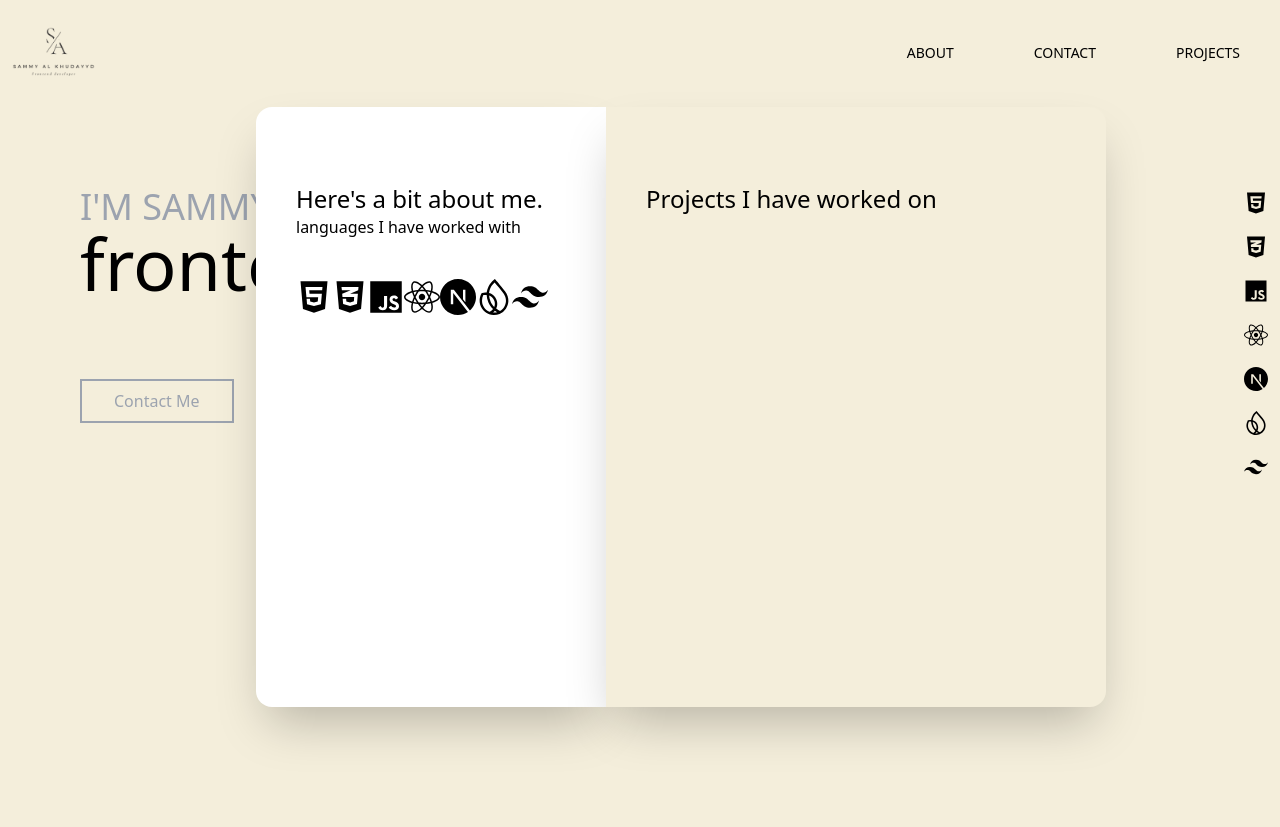
Repository: Al123Kudayyd/myportfolio
Page: /
The author's editor kept a copy of each file at every save. The page is drawn from the files as they stood at one save, then again after the next save.
The browser window is 1280 px wide. The pictures show the whole page.
The project was rebuilt for these pictures with package versions that can differ from the ones it lists, and the page was loaded fresh each time. Also part of the build but not shown: src/components/model.js.

Above is the page before, as saved 2024-02-21 13:59:15.

After the next save:
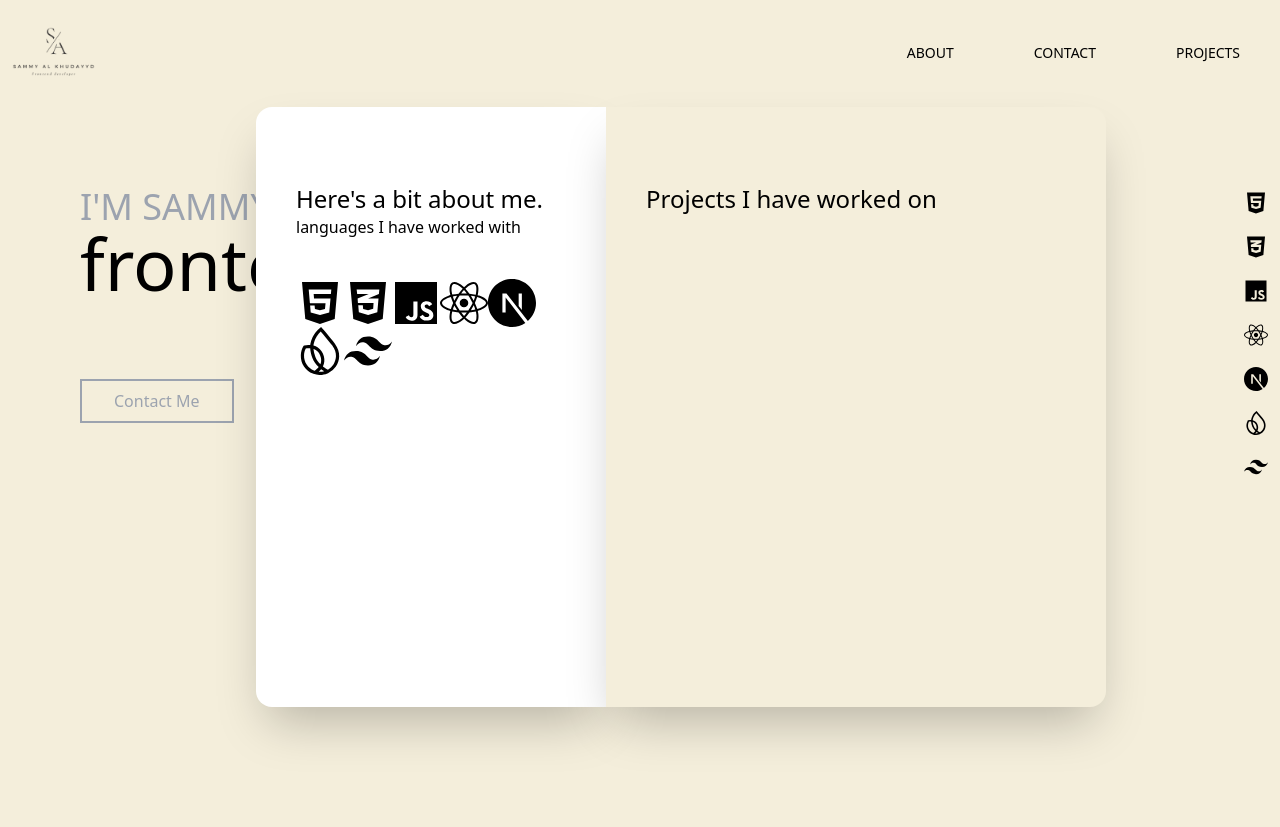
Saved 5 s later.
--- a/src/components/Projects.jsx
+++ b/src/components/Projects.jsx
@@ -14,7 +14,7 @@ function Projects() {
                 <div className='px-[40px] py-[76px]'>
                     <h1 className='text-2xl'>Here's a bit about me.</h1>
                     <h3 className='text-md '>languages I have worked with</h3>
-                    <div className='flex flex-wrap my-10 text-4xl'>
+                    <div className='flex flex-wrap my-10 text-5xl'>
                         <FaHtml5 />
                         <FaCss3Alt />
                         <IoLogoJavascript />
